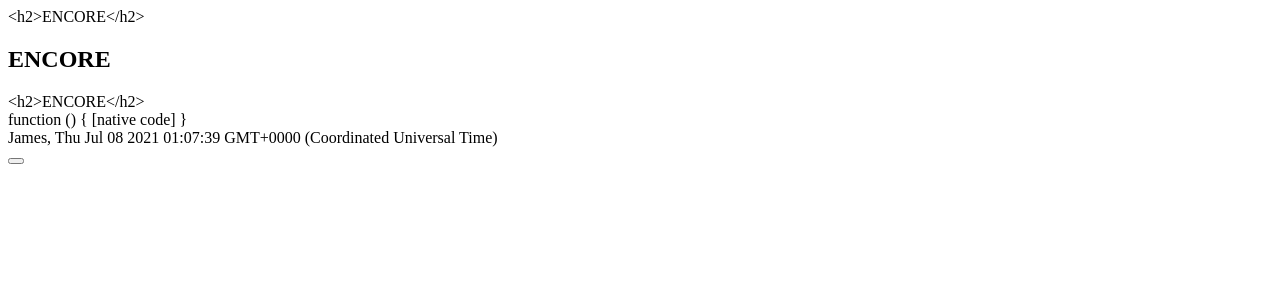
Repository: KangHoi/encore_vueWorkspace
Page: vue02_Methods/WebContent/vue04_methods.html
An editor plug-in stored every save of this project. The page is shown before and after the next save, followed by the edit.
The browser window is 1280 px wide. The pictures show the whole page.

Above is the page before, as saved 2021-07-09 01:47:21.

### vue02_Methods/WebContent/vue04_methods.html
<!DOCTYPE html>
<html>
<head>
<meta charset="UTF-8">
<title>Insert title here</title>
<script src="https://cdn.jsdelivr.net/npm/vue/dist/vue.js"></script>

</head>
<body>
	<div id="app">
		<div v-text="title"></div>
		<div v-html="title"></div>
		<div> {{title}} </div>
		<div> {{showHrm}} </div> <!-- ()빼면 안된다. -->
		<div> {{showMyName('James')}}</div>
		<button @click="changeName"></button>
	</div>

	<script>
		var app = new Vue({
			el: '#app',
			data: {
				title:'<h2>ENCORE</h2>'
			},
			methods:{
				changeName: function(){
					this.title ="ENCORE HRM ENCORE HRM"
				},
				showHrm : function(){
					return "ENCORE HRM" + new Date();
				},
				showMyName : function(name,$event){//event 인자값은 이벤트 객체를 의미하는 인자값일 경우 반드시 $를 붙여야한다.
					return name + ", " + new Date();
				}
			}
		});
	</script>
</body>
</html>

After the next save:
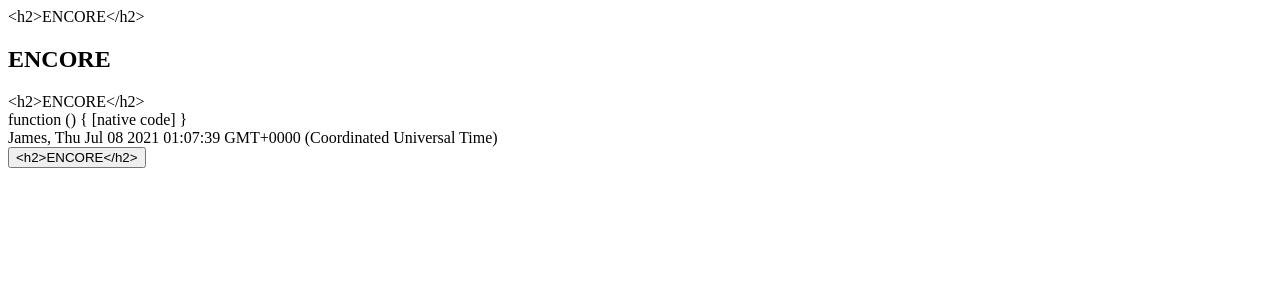
Saved 7 s later.
--- a/vue02_Methods/WebContent/vue04_methods.html
+++ b/vue02_Methods/WebContent/vue04_methods.html
@@ -13,7 +13,7 @@
 		<div> {{title}} </div>
 		<div> {{showHrm}} </div> <!-- ()빼면 안된다. -->
 		<div> {{showMyName('James')}}</div>
-		<button @click="changeName"></button>
+		<button @click="changeName">{{title}}</button>
 	</div>
 
 	<script>
